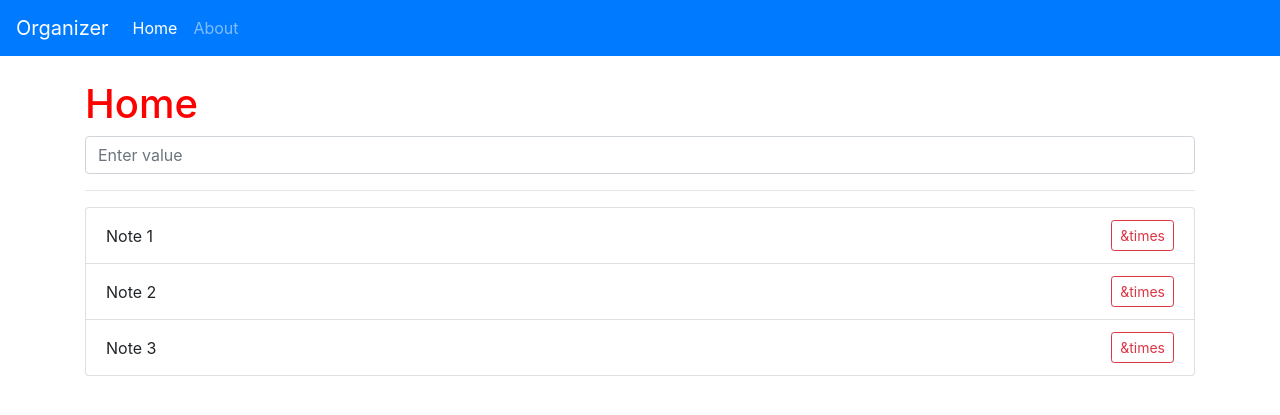
Repository: GregorPiev/orginizer-react-advanced
Page: /
These files come from the project's save history. The page is drawn as it stood at one moment and after the next save; the edit follows.
The browser window is 1280 px wide. The pictures show the whole page.
The project was rebuilt for these pictures with package versions that can differ from the ones it lists, and the page was loaded fresh each time. Also part of the build but not shown: src/pages/About/About.scss, src/pages/About/About.js.

Above is the page before, as saved 2020-08-24 11:30:24.

After the next save:
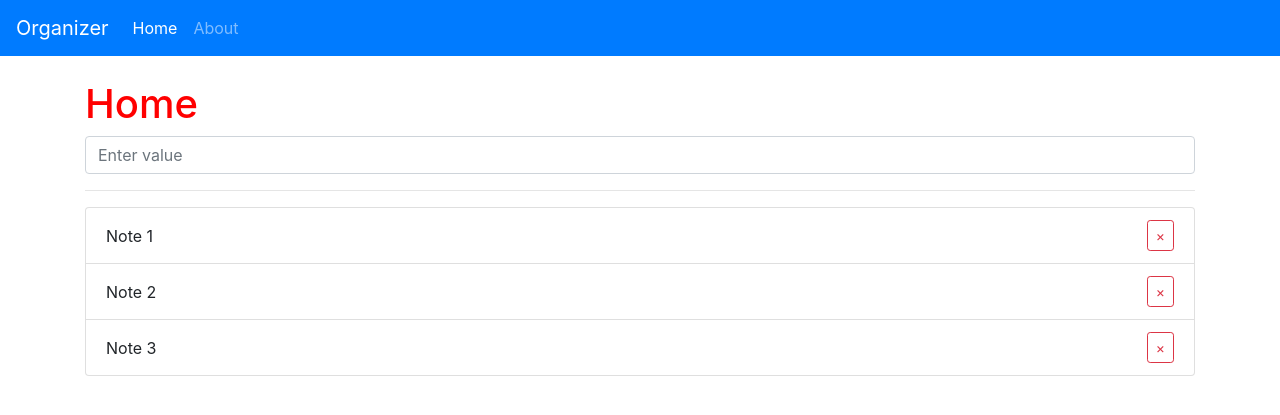
Saved 78 s later.
--- a/src/components/Notes.js
+++ b/src/components/Notes.js
@@ -11,7 +11,7 @@ export const Notes = ({ notes }) => {
                     className="list-group-item note">
                     {note.title}
 
-                    <button type="button" className="btn btn-outline-danger btn-sm">&times</button>
+                    <button type="button" className="btn btn-outline-danger btn-sm">&times;</button>
                 </li>
             ))}
         </ul>
